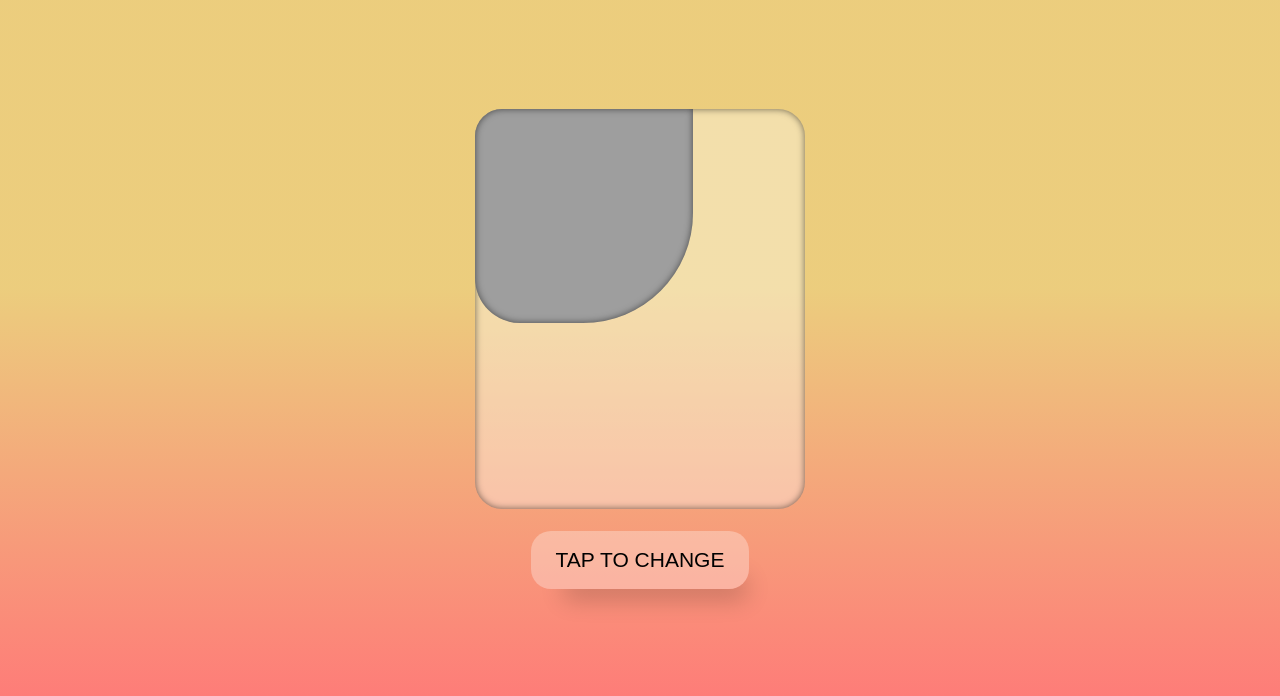
Repository: ThanhThn/profile
Page: index.html
An editor plug-in stored every save of this project. The page is shown before and after the next save, followed by the edit.
The browser window is 1280 px wide. The pictures show the whole page.
Pictures or frames that could not be fetched are drawn as grey boxes. Some web fonts or font styles are not loaded; a fallback is used.

Above is the page before, as saved 2022-12-05 00:26:08.

After the next save:
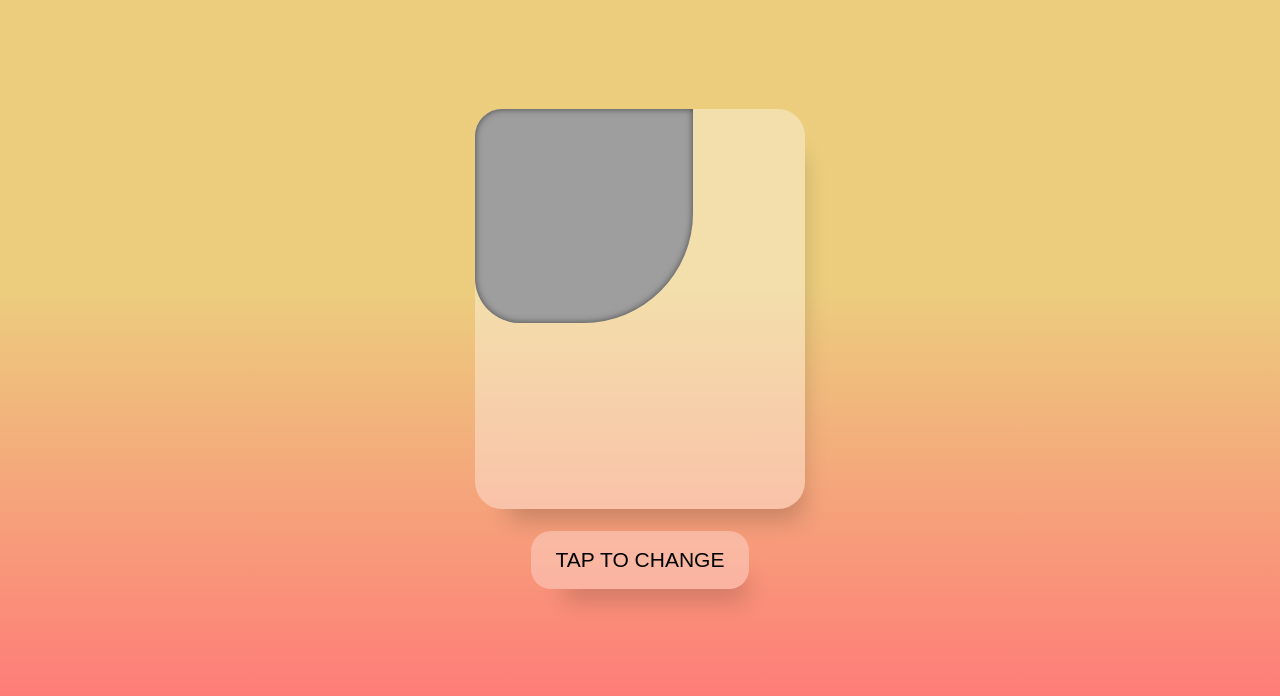
Saved 18 h 48 min later.
--- a/style.css
+++ b/style.css
@@ -25,7 +25,7 @@ body{
     height: 400px;
     background: rgba(255, 255, 255, 35%);
     border-radius: 27px;
-    box-shadow: inset 0px 0px 7px rgba(0, 0, 0, 55%);
+    box-shadow: rgba(0, 0, 0, .2) 15px 28px 25px -18px;
 }
 
 .avatar{
